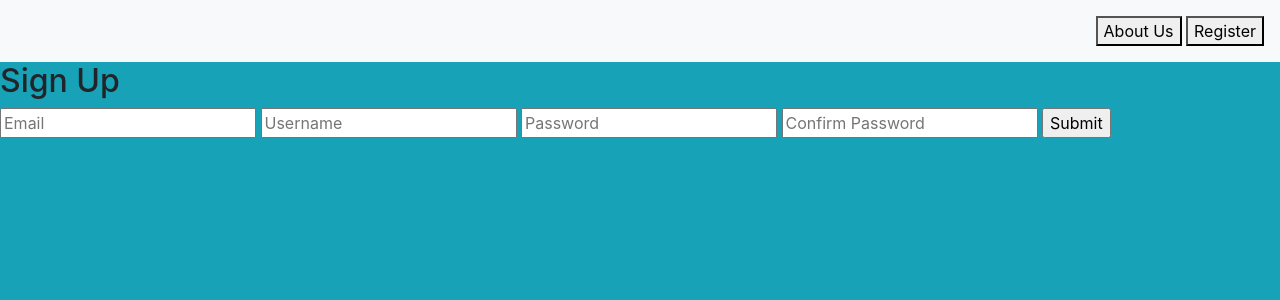
Repository: rodwestmoreland/1150
Page: registrationForm/index.html
The author's editor kept a copy of each file at every save. The page is drawn from the files as they stood at one save, then again after the next save.
The browser window is 1280 px wide. The pictures show the whole page.

Above is the page before, as saved 2021-01-25 14:20:33.

### registrationForm/index.html
<!DOCTYPE html>
<html lang="en">
<head>
    <meta charset="UTF-8">
    <meta name="viewport" content="width=device-width, initial-scale=1.0,  shrink-to-fit=no">
    <title>Registration</title>
    <link rel="stylesheet" href="https://stackpath.bootstrapcdn.com/bootstrap/4.3.1/css/bootstrap.min.css" integrity="sha384-ggOyR0iXCbMQv3Xipma34MD+dH/1fQ784/j6cY/iJTQUOhcWr7x9JvoRxT2MZw1T" crossorigin="anonymous">
    <link rel="stylesheet" href="style.css">

</head>
<nav class="bg-light p-3 mr-60 text-right">
    <button>About Us    </button>
    <button>Register    </button>
</nav>
<body class="bg-info">


    <div class="formWrapper">
        <form>
            <h2>Sign Up</h2>
            <input type="text" id="email"    placeholder="Email">
            <input type="text" id="username" placeholder="Username">
            <input type="text" id="password" placeholder="Password">
            <input type="text" id="confirm"  placeholder="Confirm Password">
            <input type="submit" name="Submit">
        </form>

    </div>
    <script src="https://code.jquery.com/jquery-3.3.1.slim.min.js" integrity="sha384-q8i/X+965DzO0rT7abK41JStQIAqVgRVzpbzo5smXKp4YfRvH+8abtTE1Pi6jizo" crossorigin="anonymous"></script>
    <script src="https://cdnjs.cloudflare.com/ajax/libs/popper.js/1.14.7/umd/popper.min.js" integrity="sha384-UO2eT0CpHqdSJQ6hJty5KVphtPhzWj9WO1clHTMGa3JDZwrnQq4sF86dIHNDz0W1" crossorigin="anonymous"></script>
    <script src="https://stackpath.bootstrapcdn.com/bootstrap/4.3.1/js/bootstrap.min.js" integrity="sha384-JjSmVgyd0p3pXB1rRibZUAYoIIy6OrQ6VrjIEaFf/nJGzIxFDsf4x0xIM+B07jRM" crossorigin="anonymous"></script>
  </body>
</body>
</html>

Loaded but not shown: registrationForm/style.css (no stored copy; drawn as an empty file)

After the next save:
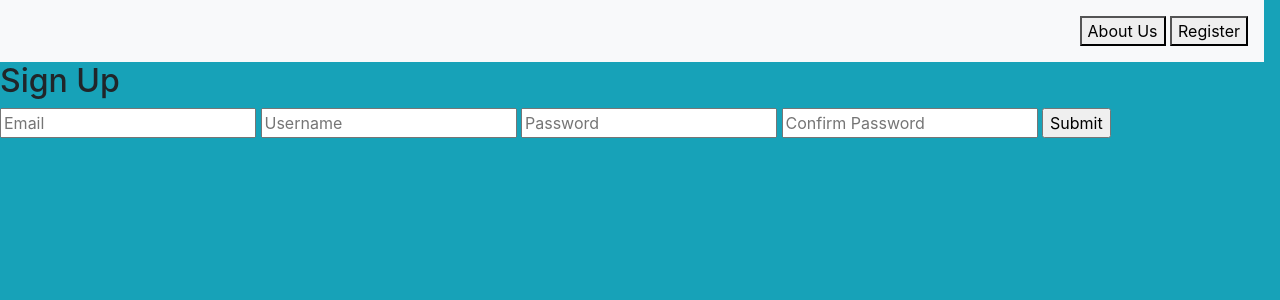
Saved 11 s later.
--- a/registrationForm/index.html
+++ b/registrationForm/index.html
@@ -8,7 +8,7 @@
     <link rel="stylesheet" href="style.css">
 
 </head>
-<nav class="bg-light p-3 mr-60 text-right">
+<nav class="bg-light p-3 mr-3 text-right">
     <button>About Us    </button>
     <button>Register    </button>
 </nav>
